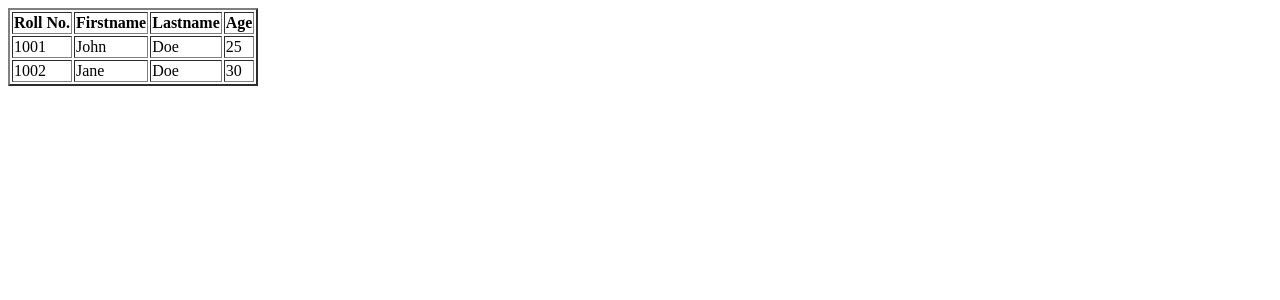
Repository: ankitgujre01/HTMLgeeks
Page: table.html
The author's editor kept a copy of each file at every save. The page is drawn from the files as they stood at one save, then again after the next save.
The browser window is 1280 px wide. The pictures show the whole page.

Above is the page before, as saved 2025-09-03 23:08:34.

After the next save:
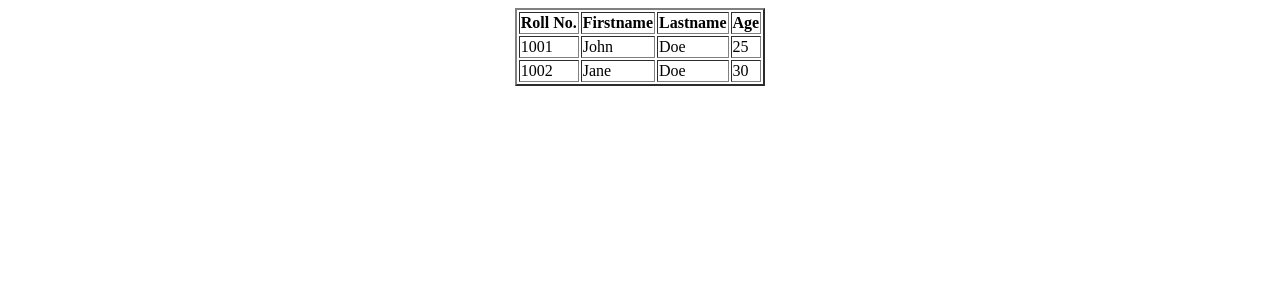
Saved 5 s later.
--- a/table.html
+++ b/table.html
@@ -4,7 +4,7 @@
         <title>Table</title>
     </head>
     <body>
-        <table border="2" align>
+        <table border="2" align="center">
             <th>Roll No.</th>
             <th>Firstname</th>
             <th>Lastname</th>
